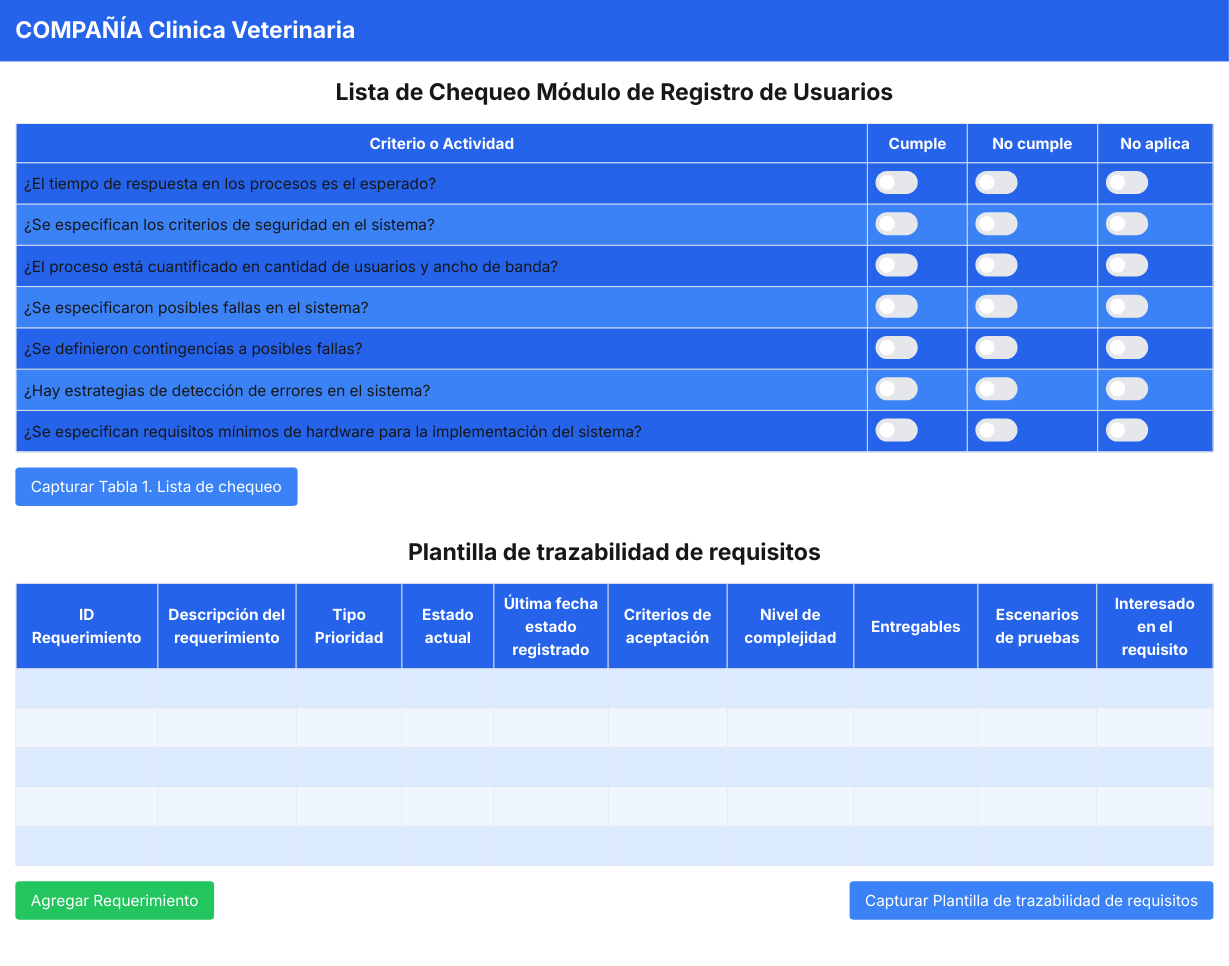
Repository: CiroAlfa/lista-de-Chequeo
Page: /
An editor plug-in stored every save of this project. The page is shown before and after the next save, followed by the edit.
The browser window is 1280 px wide. The pictures show the whole page, at 96% of full size.
The project was rebuilt for these pictures with package versions that can differ from the ones it lists, and the page was loaded fresh each time. The framework's server and built-in components were replaced by stand-ins that run in the browser. Also part of the build but not shown: next.config.mjs.

Above is the page before, as saved 2024-09-27 13:08:10.

### src/app/layout.tsx
import './globals.css'
import type { Metadata } from 'next'
import { Inter } from 'next/font/google'

const inter = Inter({ subsets: ['latin'] })

export const metadata: Metadata = {
  title: 'Checklist App - Clinica Veterinaria',
  description: 'Aplicación de chequeo y trazabilidad de requisitos',
}

export default function RootLayout({
  children,
}: {
  children: React.ReactNode
}) {
  return (
    <html lang="es">
      <body className={inter.className}>
        <header className="bg-blue-600 text-white p-4">
          <h1 className="text-2xl font-bold">COMPAÑÍA Clinica Veterinaria</h1>
        </header>
        {children}
      </body>
    </html>
  )
}

### src/app/page.tsx
'use client'

import { useState } from 'react'
import { Switch } from '@headlessui/react'
import html2canvas from 'html2canvas'

interface ChecklistItem {
  id: number
  criteria: string
  cumple: boolean
  noCumple: boolean
  noAplica: boolean
}

interface RequirementItem {
  id: string
  description: string
  priority: string
  status: string
  lastUpdated: string
  acceptanceCriteria: string
  complexity: string
  deliverables: string
  testScenarios: string
  stakeholder: string
}

const initialChecklist: ChecklistItem[] = [
  { id: 1, criteria: '¿El tiempo de respuesta en los procesos es el esperado?', cumple: false, noCumple: false, noAplica: false },
  { id: 2, criteria: '¿Se especifican los criterios de seguridad en el sistema?', cumple: false, noCumple: false, noAplica: false },
  { id: 3, criteria: '¿El proceso está cuantificado en cantidad de usuarios y ancho de banda?', cumple: false, noCumple: false, noAplica: false },
  { id: 4, criteria: '¿Se especificaron posibles fallas en el sistema?', cumple: false, noCumple: false, noAplica: false },
  { id: 5, criteria: '¿Se definieron contingencias a posibles fallas?', cumple: false, noCumple: false, noAplica: false },
  { id: 6, criteria: '¿Hay estrategias de detección de errores en el sistema?', cumple: false, noCumple: false, noAplica: false },
  { id: 7, criteria: '¿Se especifican requisitos mínimos de hardware para la implementación del sistema?', cumple: false, noCumple: false, noAplica: false },
]

const initialRequirements: RequirementItem[] = Array(5).fill(null).map((_, index) => ({
  id: ``,
  description: '',
  priority: '',
  status: '',
  lastUpdated: '',
  acceptanceCriteria: '',
  complexity: '',
  deliverables: '',
  testScenarios: '',
  stakeholder: '',
}))

export default function Home() {
  const [checklist, setChecklist] = useState<ChecklistItem[]>(initialChecklist)
  const [requirements, setRequirements] = useState<RequirementItem[]>(initialRequirements)

  const handleChecklistChange = (id: number, field: 'cumple' | 'noCumple' | 'noAplica') => {
    setChecklist(checklist.map(item => {
      if (item.id === id) {
        const newItem = { ...item, [field]: !item[field] }
        if (newItem[field]) {
          newItem.cumple = field === 'cumple'
          newItem.noCumple = field === 'noCumple'
          newItem.noAplica = field === 'noAplica'
        }
        return newItem
      }
      return item
    }))
  }

  const handleRequirementChange = (id: string, field: keyof RequirementItem, value: string) => {
    setRequirements(requirements.map(item =>
      item.id === id ? { ...item, [field]: value } : item
    ))
  }

  const addRequirement = () => {
    const newId = `REQ00${requirements.length + 1}`
    setRequirements([...requirements, {
      id: newId,
      description: '',
      priority: '',
      status: '',
      lastUpdated: '',
      acceptanceCriteria: '',
      complexity: '',
      deliverables: '',
      testScenarios: '',
      stakeholder: '',
    }])
  }

  const captureScreenshot = async (elementId: string, fileName: string) => {
    const element = document.getElementById(elementId)
    if (element) {
      const canvas = await html2canvas(element)
      const image = canvas.toDataURL('image/png')
      const link = document.createElement('a')
      link.href = image
      link.download = fileName
      link.click()
    }
  }

  return (
    <main className="container mx-auto p-4">
      <div className="mb-8" id="checklist-table">
        <h2 className="text-2xl font-bold mb-4 text-center">Lista de Chequeo Módulo de Registro de Usuarios</h2>
        <table className="w-full border-collapse">
          <thead>
            <tr className="bg-blue-600 text-white">
              <th className="border p-2">Criterio o Actividad</th>
              <th className="border p-2">Cumple</th>
              <th className="border p-2">No cumple</th>
              <th className="border p-2">No aplica</th>
            </tr>
          </thead>
          <tbody>
            {checklist.map((item, index) => (
              <tr key={item.id} className={index % 2 === 0 ? 'bg-blue-600' : 'bg-blue-500'}>
                <td className="border p-2">{item.criteria}</td>
                <td className="border p-2">
                  <Switch
                    checked={item.cumple}
                    onChange={() => handleChecklistChange(item.id, 'cumple')}
                    className={`${item.cumple ? 'bg-blue-600' : 'bg-gray-200'} relative inline-flex h-6 w-11 items-center rounded-full`}
                  >
                    <span className={`${item.cumple ? 'translate-x-6' : 'translate-x-1'} inline-block h-4 w-4 transform rounded-full bg-white transition`} />
                  </Switch>
                </td>
                <td className="border p-2">
                  <Switch
                    checked={item.noCumple}
                    onChange={() => handleChecklistChange(item.id, 'noCumple')}
                    className={`${item.noCumple ? 'bg-blue-600' : 'bg-gray-200'} relative inline-flex h-6 w-11 items-center rounded-full`}
                  >
                    <span className={`${item.noCumple ? 'translate-x-6' : 'translate-x-1'} inline-block h-4 w-4 transform rounded-full bg-white transition`} />
                  </Switch>
                </td>
                <td className="border p-2">
                  <Switch
                    checked={item.noAplica}
                    onChange={() => handleChecklistChange(item.id, 'noAplica')}
                    className={`${item.noAplica ? 'bg-blue-600' : 'bg-gray-200'} relative inline-flex h-6 w-11 items-center rounded-full`}
                  >
                    <span className={`${item.noAplica ? 'translate-x-6' : 'translate-x-1'} inline-block h-4 w-4 transform rounded-full bg-white transition`} />
                  </Switch>
                </td>
              </tr>
            ))}
          </tbody>
        </table>
        <button
          onClick={() => captureScreenshot('checklist-table', 'lista-de-chequeo.png')}
          className="mt-4 bg-blue-500 text-white px-4 py-2 rounded hover:bg-blue-600 transition-colors"
        >
          Capturar Tabla 1. Lista de chequeo
        </button>
      </div>

      <div className="mb-8" id="requirements-table">
        <h2 className="text-2xl font-bold mb-4 text-center">Plantilla de trazabilidad de requisitos</h2>
        <table className="w-full border-collapse">
          <thead>
            <tr className="bg-blue-600 text-white">
              <th className="border p-2">ID Requerimiento</th>
              <th className="border p-2">Descripción del requerimiento</th>
              <th className="border p-2">Tipo Prioridad</th>
              <th className="border p-2">Estado actual</th>
              <th className="border p-2">Última fecha estado registrado</th>
              <th className="border p-2">Criterios de aceptación</th>
              <th className="border p-2">Nivel de complejidad</th>
              <th className="border p-2">Entregables</th>
              <th className="border p-2">Escenarios de pruebas</th>
              <th className="border p-2">Interesado en el requisito</th>
            </tr>
          </thead>
          <tbody>
            {requirements.map((item, index) => (
              <tr key={index} className={index % 2 === 0 ? 'bg-blue-100' : 'bg-blue-50'}>
                <td className="border p-2">
                  <input
                    type="text"
                    value={item.id}
                    onChange={(e) => handleRequirementChange(item.id, 'id', e.target.value)}
                    className="w-full bg-transparent"
                  />
                </td>
                <td className="border p-2">
                  <input
                    type="text"
                    value={item.description}
                    onChange={(e) => handleRequirementChange(item.id, 'description', e.target.value)}
                    className="w-full bg-transparent"
                  />
                </td>
                <td className="border p-2">
                  <input
                    type="text"
                    value={item.priority}
                    onChange={(e) => handleRequirementChange(item.id, 'priority', e.target.value)}
                    className="w-full bg-transparent"
                  />
                </td>
                <td className="border p-2">
                  <input
                    type="text"
                    value={item.status}
                    onChange={(e) => handleRequirementChange(item.id, 'status', e.target.value)}
                    className="w-full bg-transparent"
                  />
                </td>
                <td className="border p-2">
                  <input
                    type="text"
                    value={item.lastUpdated}
                    onChange={(e) => handleRequirementChange(item.id, 'lastUpdated', e.target.value)}
                    className="w-full bg-transparent"
                  />
                </td>
                <td className="border p-2">
                  <input
                    type="text"
                    value={item.acceptanceCriteria}
                    onChange={(e) => handleRequirementChange(item.id, 'acceptanceCriteria', e.target.value)}
                    className="w-full bg-transparent"
                  />
                </td>
                <td className="border p-2">
                  <input
                    type="text"
                    value={item.complexity}
                    onChange={(e) => handleRequirementChange(item.id, 'complexity', e.target.value)}
                    className="w-full bg-transparent"
                  />
                </td>
                <td className="border p-2">
                  <input
                    type="text"
                    value={item.deliverables}
                    onChange={(e) => handleRequirementChange(item.id, 'deliverables', e.target.value)}
                    className="w-full bg-transparent"
                  />
                </td>
                <td className="border p-2">
                  <input
                    type="text"
                    value={item.testScenarios}
                    onChange={(e) => handleRequirementChange(item.id, 'testScenarios', e.target.value)}
                    className="w-full bg-transparent"
                  />
                </td>
                <td className="border p-2">
                  <input
                    type="text"
                    value={item.stakeholder}
                    onChange={(e) => handleRequirementChange(item.id, 'stakeholder', e.target.value)}
                    className="w-full bg-transparent"
                  />
                </td>
              </tr>
            ))}
          </tbody>
        </table>
        <div className="mt-4 flex justify-between">
          <button
            onClick={addRequirement}
            className="bg-green-500 text-white px-4 py-2 rounded hover:bg-green-600 transition-colors"
          >
            Agregar Requerimiento
          </button>
          <button
            onClick={() => captureScreenshot('requirements-table', 'plantilla-trazabilidad-requisitos.png')}
            className="bg-blue-500 text-white px-4 py-2 rounded hover:bg-blue-600 transition-colors"
          >
            Capturar Plantilla de trazabilidad de requisitos
          </button>
        </div>
      </div>
    </main>
  )
}

Loaded but not shown: src/app/globals.css (common file); tailwind.config.ts (common file)

After the next save:
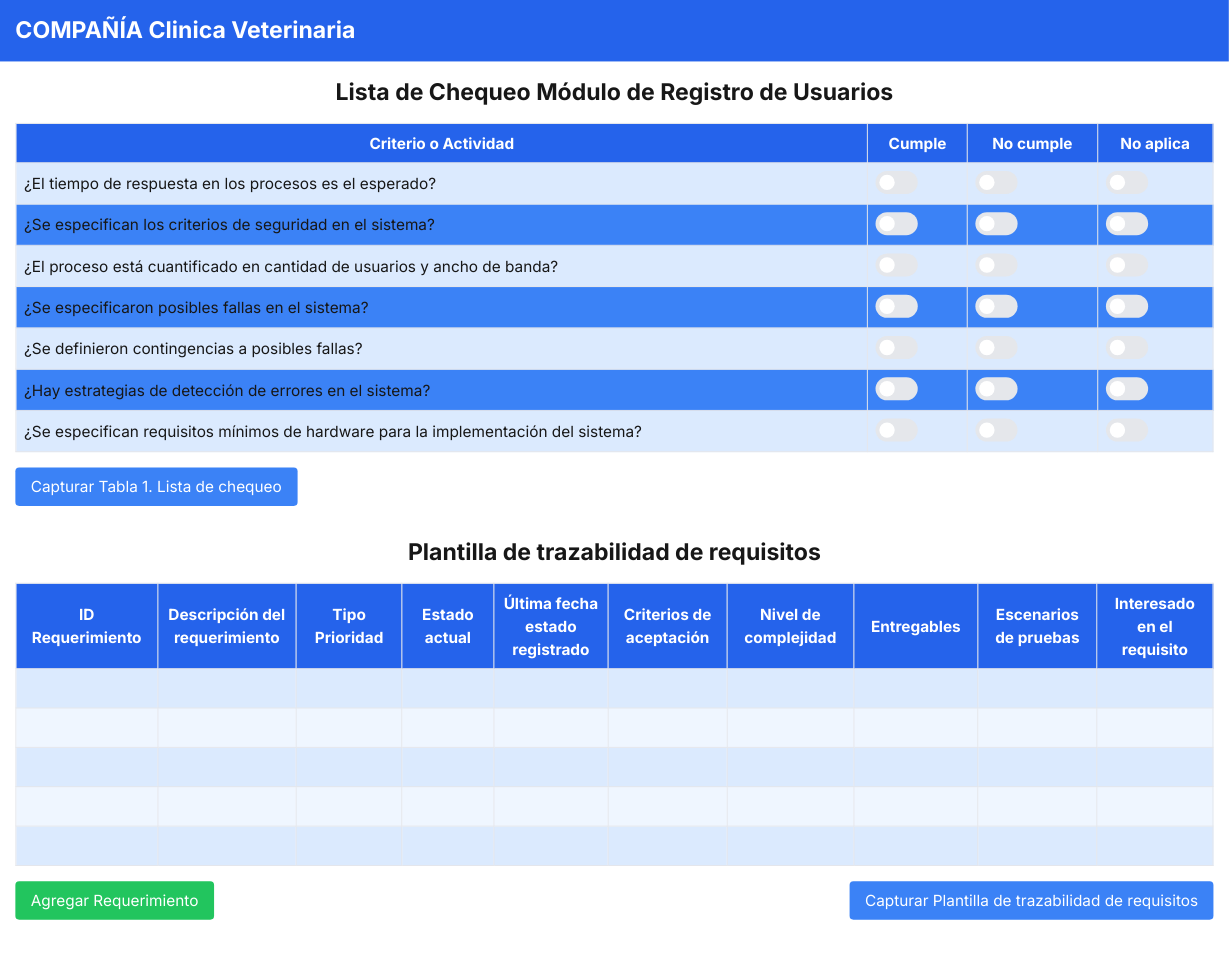
Saved 10 s later.
--- a/src/app/page.tsx
+++ b/src/app/page.tsx
@@ -116,7 +116,7 @@ export default function Home() {
           </thead>
           <tbody>
             {checklist.map((item, index) => (
-              <tr key={item.id} className={index % 2 === 0 ? 'bg-blue-600' : 'bg-blue-500'}>
+              <tr key={item.id} className={index % 2 === 0 ? 'bg-blue-100' : 'bg-blue-500'}>
                 <td className="border p-2">{item.criteria}</td>
                 <td className="border p-2">
                   <Switch
